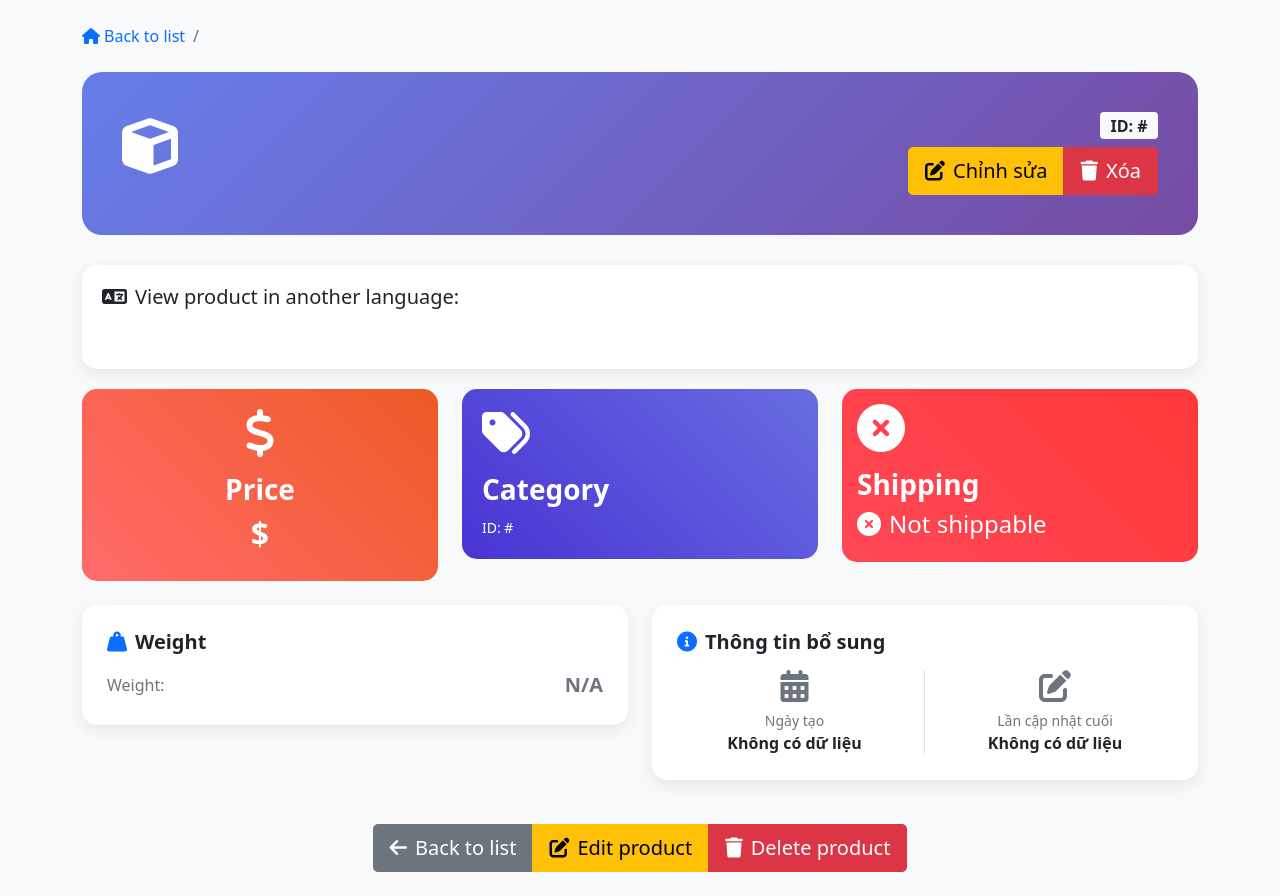
Repository: MaryPhuong11/JSP-Servlet
Page: http://localhost/JSP-Servlet/WEB-INF/jsp/product-detail.jsp
An editor plug-in stored every save of this project. The page is shown before and after the next save, followed by the edit.
The browser window is 1280 px wide. The pictures show the whole page.
The page is served by Tomcat 9. Nobody is signed in. Other server files are loaded and not shown. The template is opened directly, without the code that normally fills it, so the values that code supplies are empty.

Above is the page before, as saved 2025-10-14 13:24:10.

### JSP-Servlet/src/main/webapp/WEB-INF/jsp/product-detail.jsp
<%@ page contentType="text/html;charset=UTF-8" language="java" %>
<%@ taglib prefix="c" uri="http://java.sun.com/jsp/jstl/core" %>
<%@ taglib prefix="fmt" uri="http://java.sun.com/jsp/jstl/fmt" %>
<fmt:setLocale value="${sessionScope.appLocale}" />
<fmt:setBundle basename="i18n.messages" />
<!DOCTYPE html>
<html lang="vi">
<head>
    <meta charset="UTF-8">
    <meta name="viewport" content="width=device-width, initial-scale=1.0">
    <title><fmt:message key="product.detail"/> - ${product.productName}</title>
    <link href="https://cdn.jsdelivr.net/npm/bootstrap@5.1.3/dist/css/bootstrap.min.css" rel="stylesheet">
    <link href="https://cdnjs.cloudflare.com/ajax/libs/font-awesome/6.0.0/css/all.min.css" rel="stylesheet">
    <style>
        .product-hero {
            background: linear-gradient(135deg, #667eea 0%, #764ba2 100%);
            border-radius: 20px;
            color: white;
            padding: 40px;
            margin-bottom: 30px;
        }
        .info-card {
            background: white;
            border-radius: 15px;
            box-shadow: 0 5px 15px rgba(0,0,0,0.08);
            padding: 25px;
            margin-bottom: 20px;
            transition: transform 0.3s ease;
        }
        .info-card:hover {
            transform: translateY(-2px);
        }
        .price-display {
            background: linear-gradient(45deg, #ff6b6b, #ee5a24);
            color: white;
            padding: 20px;
            border-radius: 15px;
            text-align: center;
        }
        .category-info {
            background: linear-gradient(45deg, #4834d4, #686de0);
            color: white;
            padding: 20px;
            border-radius: 15px;
        }
        .shipping-info {
            padding: 15px;
            border-radius: 15px;
        }
        .can-ship {
            background: linear-gradient(45deg, #00d2d3, #54a0ff);
            color: white;
        }
        .no-ship {
            background: linear-gradient(45deg, #ff4757, #ff3838);
            color: white;
        }
        .language-tabs {
            background: white;
            border-radius: 15px;
            padding: 20px;
            margin-bottom: 20px;
            box-shadow: 0 5px 15px rgba(0,0,0,0.08);
        }
    </style>
</head>
<body class="bg-light">
    <div class="container py-4">
        <!-- Breadcrumb -->
        <nav aria-label="breadcrumb" class="mb-4">
            <ol class="breadcrumb">
                <li class="breadcrumb-item">
                    <a href="products?lang=${currentLang}" class="text-decoration-none">
                        <i class="fas fa-home me-1"></i><fmt:message key="backToList"/>
                    </a>
                </li>
                <li class="breadcrumb-item active">${product.productName}</li>
            </ol>
        </nav>

        <!-- Product Hero Section -->
        <div class="product-hero">
            <div class="row align-items-center">
                <div class="col-md-8">
                    <h1 class="display-4 fw-bold mb-3">
                        <i class="fas fa-cube me-3"></i>${product.productName}
                    </h1>
                    <p class="lead mb-0">${product.productDescription}</p>
                </div>
                <div class="col-md-4 text-end">
                    <div class="d-flex flex-column align-items-end">
                        <span class="badge bg-light text-dark fs-6 mb-2">ID: #${product.productId}</span>
                        <div class="btn-group">
                            <a href="products?action=edit&id=${product.productId}" class="btn btn-warning btn-lg">
                                <i class="fas fa-edit me-2"></i>Chỉnh sửa
                            </a>
                            <button onclick="deleteProduct(${product.productId})" class="btn btn-danger btn-lg">
                                <i class="fas fa-trash me-2"></i>Xóa
                            </button>
                        </div>
                    </div>
                </div>
            </div>
        </div>

        <!-- Language Selection -->
        <div class="language-tabs">
            <h5 class="mb-3">
                <i class="fas fa-language me-2"></i><fmt:message key="viewInOtherLanguage"/>
            </h5>
            <div class="btn-group" role="group">
                <c:forEach var="lang" items="${languages}">
                    <a href="products?action=detail&id=${product.productId}&lang=${lang.languageId}"
                       class="btn ${currentLang == lang.languageId ? 'btn-primary' : 'btn-outline-primary'}">
                        ${lang.language}
                    </a>
                </c:forEach>
            </div>
        </div>

        <!-- Product Information Grid -->
        <div class="row">
            <!-- Price Information -->
            <div class="col-lg-4 col-md-6 mb-4">
                <div class="price-display">
                    <i class="fas fa-dollar-sign fa-3x mb-3"></i>
                    <h3 class="fw-bold mb-2"><fmt:message key="price"/></h3>
                    <h2 class="fw-bold">
                        <fmt:formatNumber value="${product.price}" pattern="#,##0.00"/> <fmt:message key="price.label"/>
                    </h2>
                </div>
            </div>

            <!-- Category Information -->
            <div class="col-lg-4 col-md-6 mb-4">
                <div class="category-info">
                    <i class="fas fa-tags fa-3x mb-3"></i>
                    <h3 class="fw-bold mb-2"><fmt:message key="category"/></h3>
                    <h4 class="mb-2">${product.productCategory.categoryName}</h4>
                    <small>ID: #${product.productCategory.productCategoryId}</small>
                </div>
            </div>

            <!-- Shipping Information -->
            <div class="col-lg-4 col-md-12 mb-4">
                <div class="shipping-info ${product.productCategory.canBeShipped ? 'can-ship' : 'no-ship'}">
                    <i class="fas fa-${product.productCategory.canBeShipped ? 'truck' : 'times-circle'} fa-3x mb-3"></i>
                    <h3 class="fw-bold mb-2"><fmt:message key="shipping"/></h3>
                    <h4>
                        <c:choose>
                            <c:when test="${product.productCategory.canBeShipped}">
                                <i class="fas fa-check-circle me-2"></i><fmt:message key="shipping.can"/>
                            </c:when>
                            <c:otherwise>
                                <i class="fas fa-times-circle me-2"></i><fmt:message key="shipping.cannot"/>
                            </c:otherwise>
                        </c:choose>
                    </h4>
                </div>
            </div>
        </div>

        <!-- Additional Information -->
        <div class="row">
            <div class="col-md-6">
                <div class="info-card">
                    <h5 class="fw-bold mb-3">
                        <i class="fas fa-weight-hanging me-2 text-primary"></i><fmt:message key="weight"/>
                    </h5>
                    <div class="d-flex justify-content-between align-items-center">
                        <span class="text-muted"><fmt:message key="weight"/>:</span>
                        <span class="fw-bold fs-5">
                            <c:choose>
                                <c:when test="${product.weight != null}">
                                    <fmt:formatNumber value="${product.weight}" pattern="#,##0.##"/> kg
                                </c:when>
                                <c:otherwise>
                                    <span class="text-muted"><fmt:message key="unknown"/></span>
                                </c:otherwise>
                            </c:choose>
                        </span>
                    </div>
                </div>
            </div>

            <div class="col-md-6">
                <div class="info-card">
                    <h5 class="fw-bold mb-3">
                        <i class="fas fa-info-circle me-2 text-primary"></i>Thông tin bổ sung
                    </h5>
                    <div class="row text-center">
                        <div class="col-6 border-end">
                            <i class="fas fa-calendar-alt fa-2x text-muted mb-2"></i>
                            <p class="mb-0 text-muted small">Ngày tạo</p>
                            <span class="fw-bold">Không có dữ liệu</span>
                        </div>
                        <div class="col-6">
                            <i class="fas fa-edit fa-2x text-muted mb-2"></i>
                            <p class="mb-0 text-muted small">Lần cập nhật cuối</p>
                            <span class="fw-bold">Không có dữ liệu</span>
                        </div>
                    </div>
                </div>
            </div>
        </div>

        <!-- Action Buttons -->
        <div class="row mt-4">
            <div class="col-12 text-center">
                <div class="btn-group btn-group-lg" role="group">
                    <a href="products?lang=${currentLang}" class="btn btn-secondary">
                        <i class="fas fa-arrow-left me-2"></i><fmt:message key="backToList"/>
                    </a>
                    <a href="products?action=edit&id=${product.productId}" class="btn btn-warning">
                        <i class="fas fa-edit me-2"></i><fmt:message key="editProduct"/>
                    </a>
                    <button onclick="deleteProduct(${product.productId})" class="btn btn-danger">
                        <i class="fas fa-trash me-2"></i><fmt:message key="deleteProduct"/>
                    </button>
                </div>
            </div>
        </div>
    </div>

    <!-- Bootstrap JS -->
    <script src="https://cdn.jsdelivr.net/npm/bootstrap@5.1.3/dist/js/bootstrap.bundle.min.js"></script>

    <script>
        function deleteProduct(productId) {
            if (confirm('Bạn có chắc chắn muốn xóa sản phẩm này?\nHành động này không thể hoàn tác!')) {
                var form = document.createElement('form');
                form.method = 'POST';
                form.action = 'products';

                var actionInput = document.createElement('input');
                actionInput.type = 'hidden';
                actionInput.name = 'action';
                actionInput.value = 'delete';

                var idInput = document.createElement('input');
                idInput.type = 'hidden';
                idInput.name = 'id';
                idInput.value = productId;

                form.appendChild(actionInput);
                form.appendChild(idInput);
                document.body.appendChild(form);
                form.submit();
            }
        }
    </script>
</body>
</html>

After the next save:
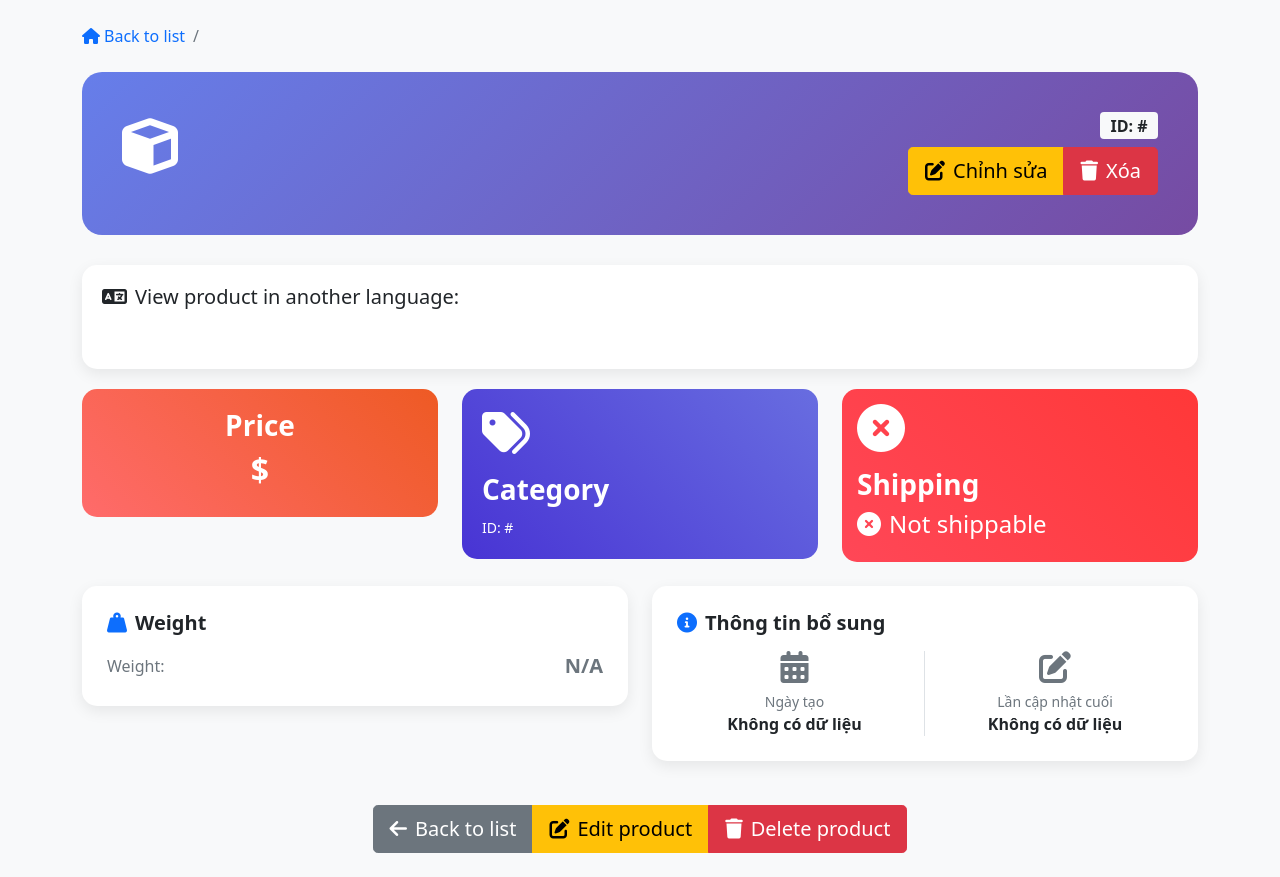
Saved 66 s later.
--- a/JSP-Servlet/src/main/webapp/WEB-INF/jsp/product-detail.jsp
+++ b/JSP-Servlet/src/main/webapp/WEB-INF/jsp/product-detail.jsp
@@ -123,7 +123,7 @@
             <!-- Price Information -->
             <div class="col-lg-4 col-md-6 mb-4">
                 <div class="price-display">
-                    <i class="fas fa-dollar-sign fa-3x mb-3"></i>
+
                     <h3 class="fw-bold mb-2"><fmt:message key="price"/></h3>
                     <h2 class="fw-bold">
                         <fmt:formatNumber value="${product.price}" pattern="#,##0.00"/> <fmt:message key="price.label"/>
